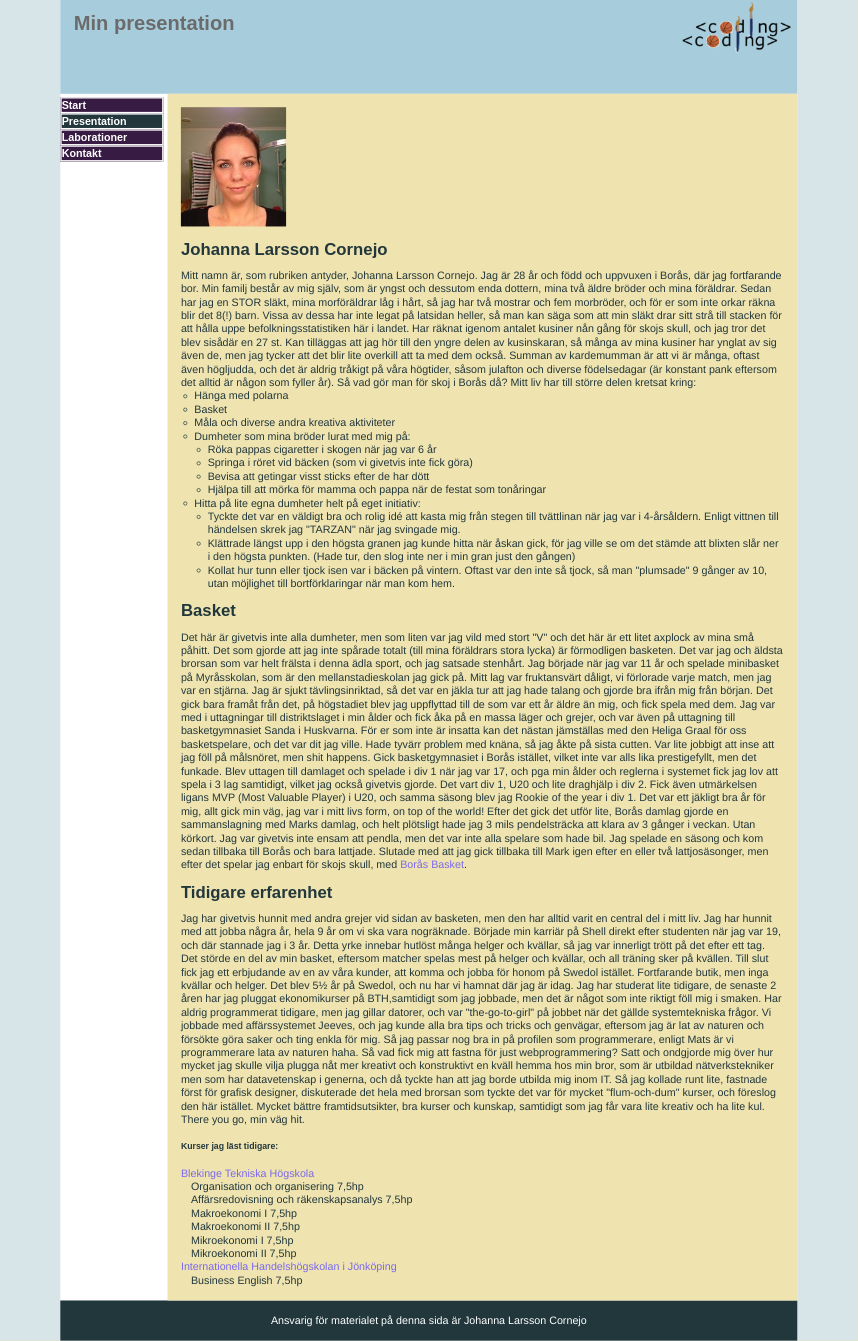
Repository: jc222fi/1ik415-laborationer
Page: pages/presentation.html
The author's editor kept a record of every edit. The page is drawn from the files as they stood at one moment, then again after the next edit.
The browser window is 1280 px wide. The pictures show the whole page, at 67% of full size.

Above is the page before.

After the next edit:
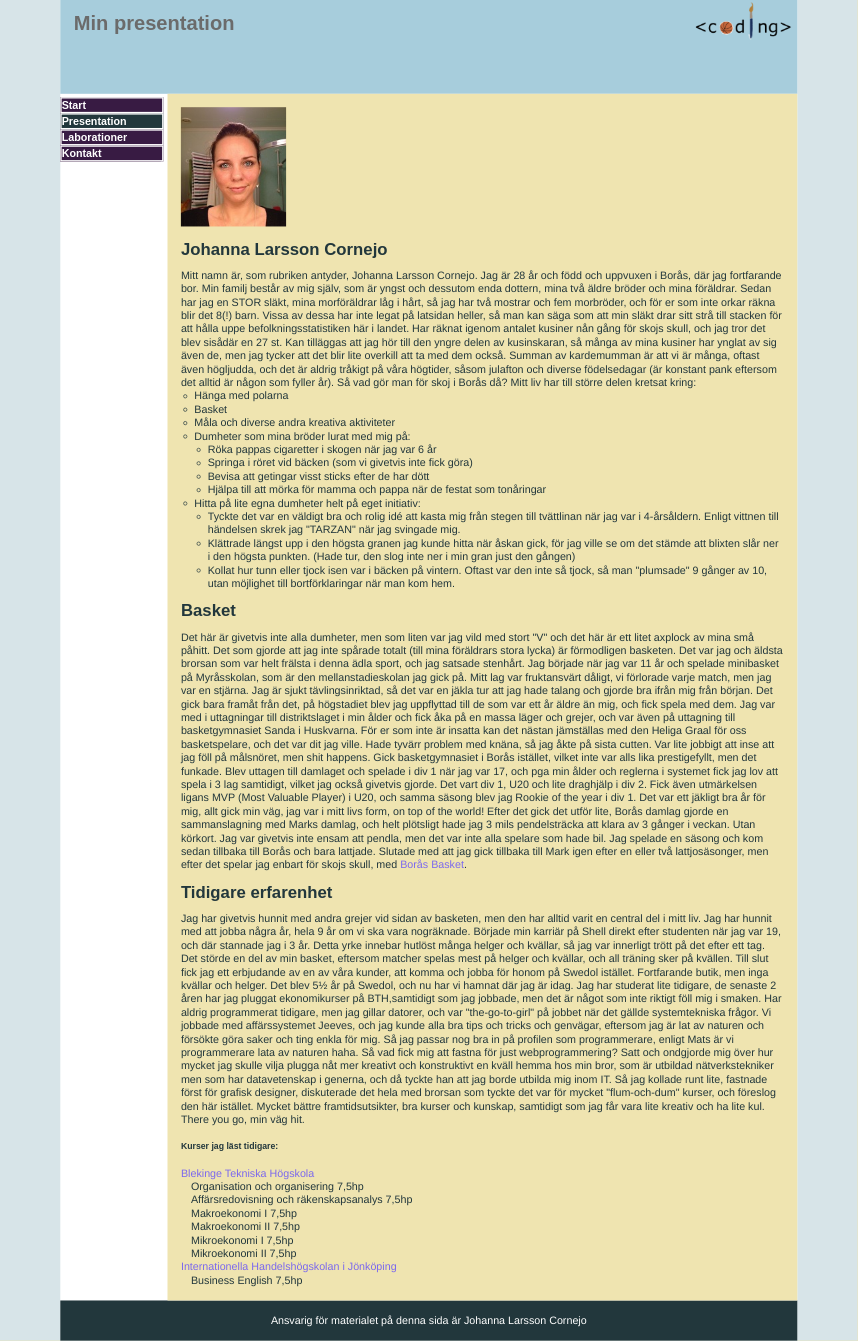
The edit:
--- a/pages/presentation.html
+++ b/pages/presentation.html
@@ -9,7 +9,7 @@
     <div id="container">
         <div id="header">
             <header>
-                <h1 id="presentation">Min presentation<img src="../pics/logo.png" alt="Logotyp" /></h1>
+                <h1 id="presentation">Min presentation</h1>
             </header>
         </div>
         <div id="nav">
